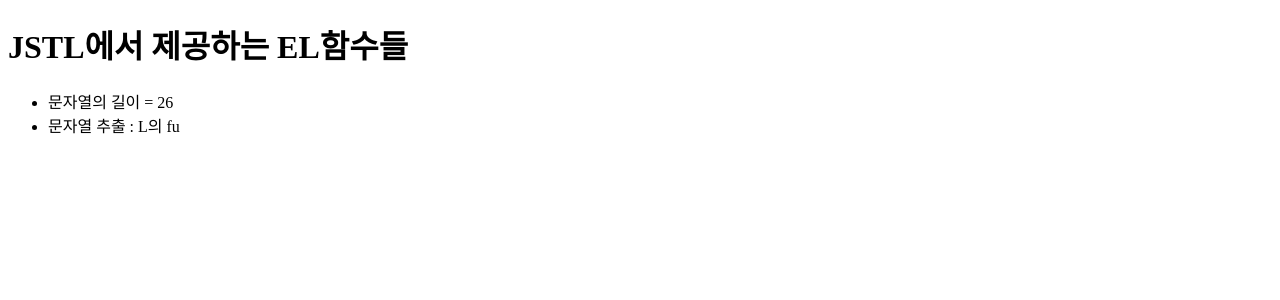
Repository: juhee1020/studying
Page: http://localhost/jsp01_basic/jsp10_jstl/jsp08_functions.jsp
These files come from the project's save history. The page is drawn as it stood at one moment and after the next save; the edit follows.
The browser window is 1280 px wide. The pictures show the whole page.
The page is served by Tomcat 9.

Above is the page before, as saved 2022-12-14 04:19:54.

After the next save:
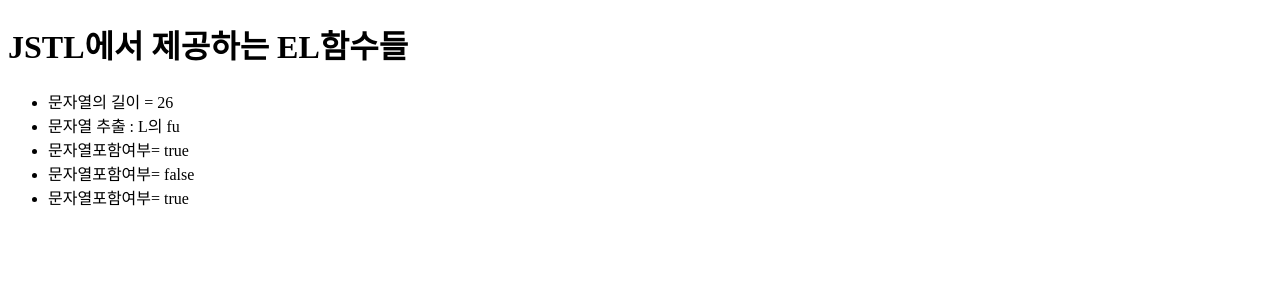
Saved 21 s later.
--- a/JSP/jsp01_basic/WebContent/jsp10_jstl/jsp08_functions.jsp
+++ b/JSP/jsp01_basic/WebContent/jsp10_jstl/jsp08_functions.jsp
@@ -13,6 +13,9 @@
 	<ul>
 		<li>문자열의 길이 = ${fn:length(str1)}</li>
 		<li>문자열 추출 : ${fn:substring(str1,3,8)}</li>
+		<li>문자열포함여부= ${fn:contains(str1, "JSTL")}</li>
+		<li>문자열포함여부= ${fn:contains(str1, "jstl")}</li>
+		<li>문자열포함여부= ${fn:containsIgnoreCase(str1, "jstl")}</li>
 	</ul>
 </body>
 </html>
